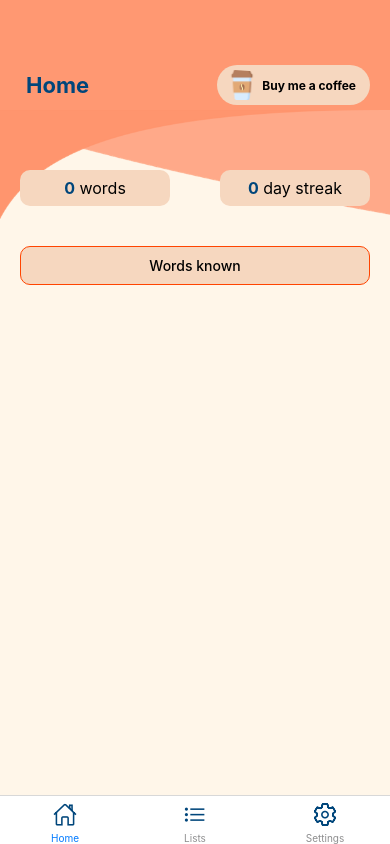
Repository: David-Waite/SpellingApp
Screen: /
The author's editor kept a copy of each file at every save. The screen is drawn from the files as they stood at one save, then again after the next save.
The app was drawn by React Native's web renderer in a window 390 px wide. The project was rebuilt for these pictures with package versions that can differ from the ones it lists, and the page was loaded fresh each time. Also part of the build but not shown: screens/Settings.js, screens/SpellWord.js, screens/WordsLearnt.js, screens/WordListOverview.js, screens/WordLists.js, screens/Donate.js.

Above is the screen before, as saved 2023-06-22 22:28:27.

### App.js
import { NavigationContainer } from "@react-navigation/native";
import { StatusBar } from "expo-status-bar";
import { StyleSheet } from "react-native";
import { Ionicons } from "@expo/vector-icons";

import Home from "./screens/Home";
import Settings from "./screens/Settings";
import SpellWord from "./screens/SpellWord";
import WordsLearnt from "./screens/WordsLearnt";
import WordListOverview from "./screens/WordListOverview";
import WordLists from "./screens/WordLists";
import Donate from "./screens/Donate";

import { createStackNavigator } from "@react-navigation/stack";
import { createBottomTabNavigator } from "@react-navigation/bottom-tabs";
import { GlobalStyles } from "./constants/styles";

import CoffeeBtn from "./components/ui/CoffeeBtn";

const BottomTabs = createBottomTabNavigator();
const Stack = createStackNavigator();

function BottomTabsScreens() {
  return (
    <BottomTabs.Navigator>
      <BottomTabs.Screen
        name="Home"
        component={Home}
        headerShadowVisible={false}
        options={({ navigation }) => ({
          headerRight: () => (
            <CoffeeBtn
              onPress={() => {
                navigation.navigate("Donate");
              }}
            />
          ),
          title: "Home",
          tabBarLabel: "Home",
          headerTitleAlign: "left",
          headerShadowVisible: false,
          headerTitleStyle: {
            color: GlobalStyles.colors.accent500,
            fontSize: 22,
            marginLeft: 10,
            fontWeight: 700,
            marginBottom: -60,
          },
          headerStyle: {
            backgroundColor: GlobalStyles.colors.primary400,
            height: 110,
          },

          tabBarIcon: ({ color, size }) => (
            <Ionicons
              name="home-outline"
              size={size}
              color={GlobalStyles.colors.accent500}
            />
          ),
        })}
      />
      <BottomTabs.Screen
        name="WordLists"
        component={WordLists}
        options={{
          title: "Word Lists",
          tabBarLabel: "Lists",
          tabBarIcon: ({ color, size }) => (
            <Ionicons
              name="list-outline"
              size={size}
              color={GlobalStyles.colors.accent500}
            />
          ),
        }}
      />
      <BottomTabs.Screen
        name="Settings"
        component={Settings}
        options={{
          title: "Settings",
          tabBarLabel: "Settings",
          tabBarIcon: ({ color, size }) => (
            <Ionicons
              name="settings-outline"
              size={size}
              color={GlobalStyles.colors.accent500}
            />
          ),
        }}
      />
    </BottomTabs.Navigator>
  );
}
export default function App() {
  return (
    <>
      <StatusBar style="light" />
      <NavigationContainer>
        <Stack.Navigator>
          <Stack.Screen
            name="BottomTabsScreen"
            component={BottomTabsScreens}
            options={{ headerShown: false }}
          />
          <Stack.Screen
            name="WordsLearnt"
            component={WordsLearnt}
            options={{ presentation: "modal" }}
          />
          <Stack.Screen name="WordListOverview" component={WordListOverview} />
          <Stack.Screen
            name="SpellWord"
            component={SpellWord}
            options={{ presentation: "modal" }}
          />
          <Stack.Screen
            name="Donate"
            component={Donate}
            options={{ presentation: "modal" }}
          />
        </Stack.Navigator>
      </NavigationContainer>
    </>
  );
}

const styles = StyleSheet.create({
  container: {
    flex: 1,
    backgroundColor: "#fff",
    alignItems: "center",
    justifyContent: "center",
  },
});

### screens/Home.js
import { ImageBackground, Text, View } from "react-native";
import { Dimensions } from "react-native";

import { StyleSheet } from "react-native";
import { GlobalStyles } from "../constants/styles";

import WordsLearntCard from "../components/ui/WordsLearntCard";
import StatBtn from "../components/ui/Home/StatBtn";

const windowWidth = Dimensions.get("window").width;
const windowHeight = Dimensions.get("window").height;
const imageHeight = windowWidth / 3.5;

function Home({ navigation }) {
  return (
    <View style={styles.imageContainer}>
      <ImageBackground
        style={styles.ImageBackground}
        source={require("../images/SpellingAppHeaderBackground.png")}
      >
        <View style={styles.container}>
          <View style={styles.statContainer}>
            <StatBtn stat={0} text="words" />
            <StatBtn stat={0} text="day streak" />
          </View>
          <WordsLearntCard navigation={navigation} />
        </View>
      </ImageBackground>
    </View>
  );
}

export default Home;

const styles = StyleSheet.create({
  imageContainer: {
    flex: 1,
    backgroundColor: GlobalStyles.colors.background,
  },
  statContainer: {
    flexDirection: "row",
    justifyContent: "space-between",
    marginVertical: 40,
  },
  container: {
    padding: 20,
  },
  ImageBackground: {
    resizeMode: "contain",
    width: windowWidth,
    height: imageHeight,
  },
});

### constants/styles.js
export const GlobalStyles = {
  colors: {
    background: "#FFF6E9",
    primary50: "#FFF0E5",
    primary100: "#F6D7BF",
    primary100Dark: "#c7ad99",
    primary300: "#FFA989",
    primary400: "#FF9872",
    primary500: "#FF946E",
    primary800: "#FF4400",
    accent500: "#00467B",
    success500: "#0A8900",
    error500: "#FF0000",
  },
};

### components/ui/CoffeeBtn.js
import { Image } from "react-native";
import { StyleSheet } from "react-native";
import { Pressable } from "react-native";
import { View, Text } from "react-native";
import { GlobalStyles } from "../../constants/styles";

function CoffeeBtn({ onPress }) {
  return (
    <Pressable
      onPress={onPress}
      style={({ pressed }) => [styles.conatiner, pressed && styles.pressed]}
    >
      <View style={styles.layoutConatiner}>
        <Image
          style={styles.coffee}
          source={require("../../images/coffee-cup.png")}
        />
        <Text style={styles.text}>Buy me a coffee</Text>
      </View>
    </Pressable>
  );
}

export default CoffeeBtn;

const styles = StyleSheet.create({
  conatiner: {
    backgroundColor: GlobalStyles.colors.primary100,
    borderRadius: 20,
    paddingLeft: 10,
    paddingRight: 14,
    paddingVertical: 5,
    marginRight: 20,
    marginBottom: -60,
  },
  layoutConatiner: {
    flexDirection: "row",
    alignItems: "center",
    gap: 5,
  },
  text: {
    fontSize: 12,
    fontWeight: 700,
  },
  coffee: {
    width: 30,
    height: 30,
  },
  pressed: {
    backgroundColor: GlobalStyles.colors.primary100Dark,
    borderRadius: 20,
  },
});

### components/ui/WordsLearntCard.js
import { Text, StyleSheet } from "react-native";

import { GlobalStyles } from "../../constants/styles";
import { Pressable } from "react-native";
import { View } from "react-native";

function WordsLearntCard({ navigation }) {
  return (
    <Pressable onPress={() => navigation.navigate("WordsLearnt")}>
      <View style={styles.container}>
        <Text style={styles.WordsKnownText}>Words known</Text>
      </View>
    </Pressable>
  );
}

export default WordsLearntCard;

const styles = StyleSheet.create({
  container: {
    backgroundColor: GlobalStyles.colors.primary100,
    paddingHorizontal: 10,
    paddingVertical: 10,
    borderRadius: 10,
    borderColor: GlobalStyles.colors.primary800,
    borderWidth: 1,
  },
  WordsKnownText: {
    textAlign: "center",
    fontWeight: "500",
  },
  pressed: {
    opacity: 0.75,
  },
});

### components/ui/Home/StatBtn.js
import { StyleSheet } from "react-native";
import { Text, View } from "react-native";
import { GlobalStyles } from "../../../constants/styles";

function StatBtn({ stat, text }) {
  return (
    <View style={styles.container}>
      <Text style={styles.stat}>
        {stat}
        <Text style={styles.text}> {text}</Text>
      </Text>
    </View>
  );
}

export default StatBtn;

const styles = StyleSheet.create({
  container: {
    flexDirection: "row",
    gap: 10,
    backgroundColor: GlobalStyles.colors.primary100,
    borderRadius: 10,
    paddingHorizontal: 10,
    paddingVertical: 8,
    minWidth: 150,
    justifyContent: "center",
  },
  stat: {
    fontSize: 16,
    color: GlobalStyles.colors.accent500,
    fontWeight: "bold",
  },
  text: {
    color: "black",
    fontWeight: 400,
  },
});

After the next save:
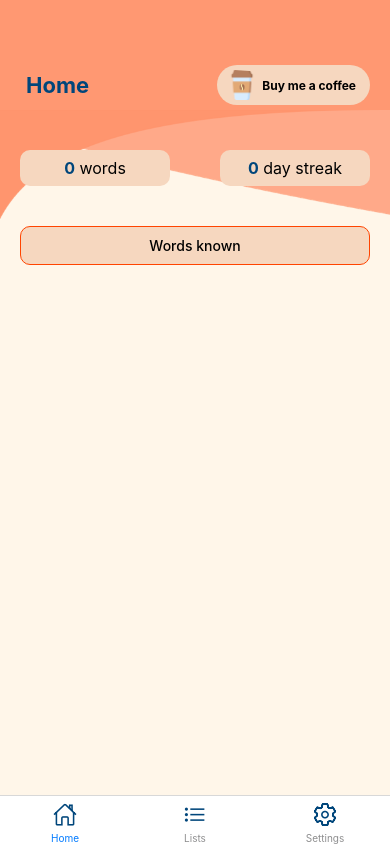
Saved 11 s later.
--- a/screens/Home.js
+++ b/screens/Home.js
@@ -44,6 +44,7 @@ const styles = StyleSheet.create({
   },
   container: {
     padding: 20,
+    paddingTop: 0,
   },
   ImageBackground: {
     resizeMode: "contain",
